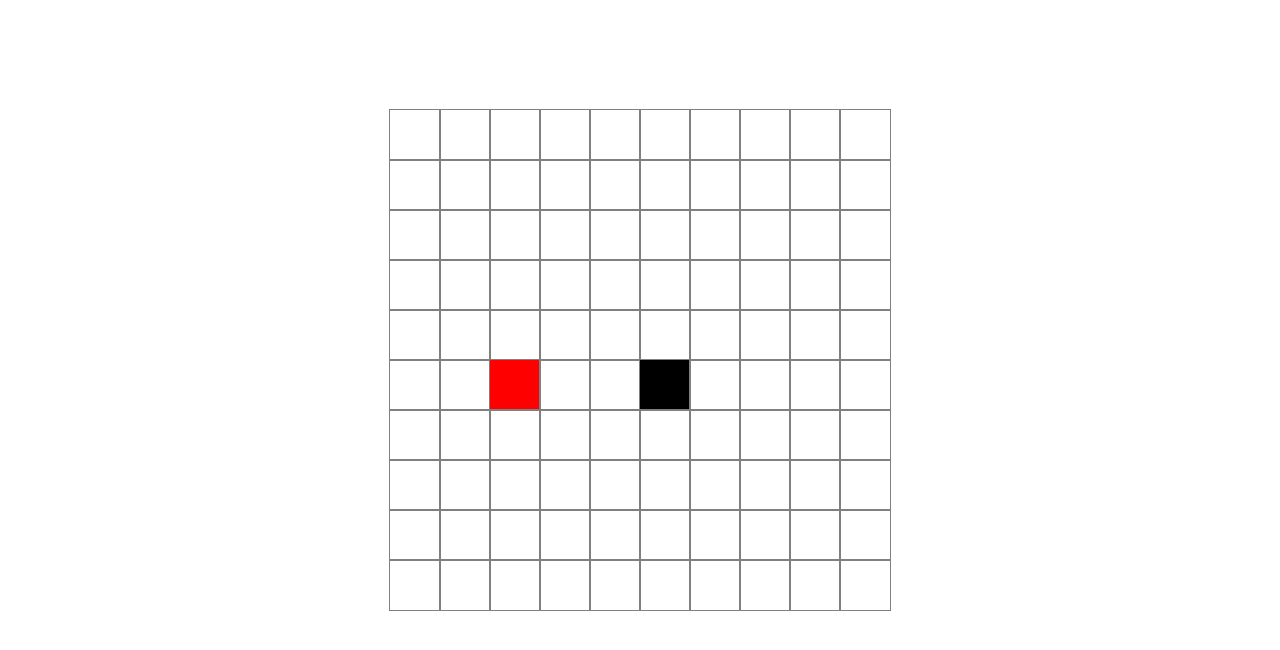
Repository: meills/react-snake
Page: /
The author's editor kept a copy of each file at every save. The page is drawn from the files as they stood at one save, then again after a run of saves.
The browser window is 1280 px wide. The pictures show the whole page.
The project was rebuilt for these pictures with package versions that can differ from the ones it lists, and the page was loaded fresh each time. Also part of the build but not shown: src/styles/App.css.

Above is the page before, as saved 2020-06-10 23:36:53.

### src/App.js
import React from 'react';
import Grid from './components/Grid.js';
import './styles/App.css';
import './styles/snakeboard.css';


function App() {
  return (<div className="snake-container">
            <Grid />
          </div>);
}

export default App;

### src/components/Grid.js
import React from 'react';

const GRID_SIZE = 10;
const TICK_TIME = 500;

class Grid extends React.Component {
    state = {
        rows: GRID_SIZE,
        cols: GRID_SIZE,
        grid: [],
        food: {},
        snake: {
            head: {},
        },
        currDir: 'right',
        tickTime: TICK_TIME,
    }


    resetGrid() {
        const grid = [];
        const snake = {head: {}};
        const food = this.getFood();

        snake.head = this.getGridCenter();
        this.state.snake.head = snake.head;

        //this.setState = {snake: { head: this.getGridCenter(), }};

        for (let row = 0; row < this.state.rows; row++) {
          for (let col = 0; col < this.state.cols; col++) {
            const isFood = row === food.row && col === food.col;
            const isHead = row === snake.head.row && col === snake.head.col
            grid.push({ row, col, isFood, isHead});
          }
        }
        this.setState({grid: grid});
    }

    getFood() {

        return {
            row: Math.floor(Math.random() * GRID_SIZE),
            col: Math.floor(Math.random() * GRID_SIZE),
        };
    }

    getGridCenter() {
        return ({
            row: Math.floor(GRID_SIZE/2),
            col: Math.floor(GRID_SIZE/2),
        });
    }

    gameTick() {
        let {currDir} = this.state;
        let {row, col} = this.state.snake.head

        console.log(this.state.snake.head.col);

        switch (currDir) {
            case 'left':
                this.setState({col: col--});
                break;

            case 'right':
                this.setState({snake: {head: {row: row, col: ++col,}}});
                break;

            case 'up':
                this.setState({row: row--});
                break;

            case 'down':
                this.setState({row: row++});
                break;

            default:
                break;
        }

        //console.log(this.state.grid);
    }

   componentDidMount() {
        this.resetGrid();

       //console.log(this.state.grid);
        window.fnInterval = setInterval(() => {
            this.gameTick();
        }, this.state.tickTime);

    }

    render() {
        const gridItems = this.state.grid.map((grid) => {
            return <div key={grid.row.toString() + "," + grid.col.toString()}
                        className={ (grid.isFood ? "grid-item is-food" : "grid-item")
                                  + (grid.isHead ? " snake-head" : "") }>
                    </div>;
        });

    return (<div className='grid'> {gridItems} </div>);
    }
}

export default Grid;

### src/styles/snakeboard.css
.snake-container {
    width: 100vw;
    height: 100vh;
    display: flex;
    align-items: center;
    justify-content: center;
}

.grid {
    width: 500px;
    height: 500px;
    margin: auto;
    display: flex;
    flex-direction: row;
    flex-wrap: wrap;
}

.grid-item {
    outline: 1px solid grey;
    width: 50px;
    height: 50px;
}

.is-food {
    background-color: red;
}


.snake-head {
    background-color: black;
}

Loaded but not shown: public/index.html (common file); src/index.js (common file); src/styles/index.css (common file); src/serviceWorker.js (common file)

After the next 5 saves:
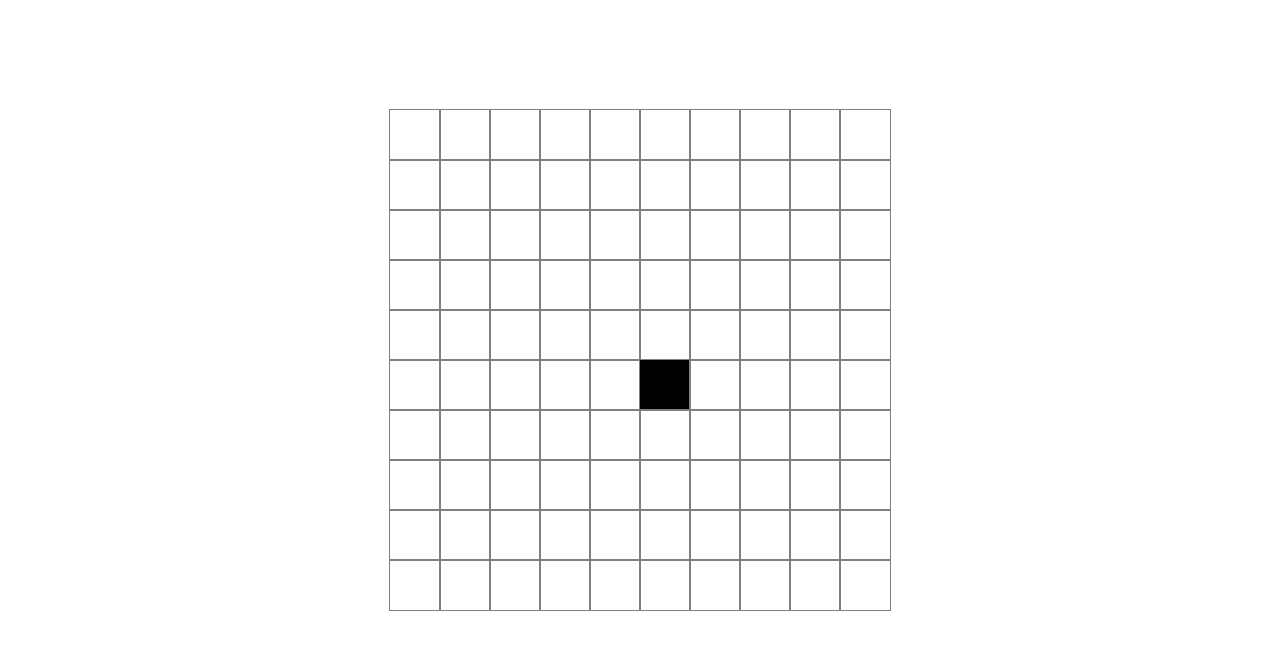
The 5 saves are shown as one change because 3 did not build or start and some came seconds apart.
The last was saved 2 min 47 s later.
--- a/src/components/Grid.js
+++ b/src/components/Grid.js
@@ -20,7 +20,6 @@ class Grid extends React.Component {
     resetGrid() {
         const grid = [];
         const snake = {head: {}};
-        const food = this.getFood();
 
         snake.head = this.getGridCenter();
         this.state.snake.head = snake.head;
@@ -29,7 +28,7 @@ class Grid extends React.Component {
 
         for (let row = 0; row < this.state.rows; row++) {
           for (let col = 0; col < this.state.cols; col++) {
-            const isFood = row === food.row && col === food.col;
+            const isFood = row === this.state.food.row && col === this.state.food.col;
             const isHead = row === snake.head.row && col === snake.head.col
             grid.push({ row, col, isFood, isHead});
           }
@@ -38,7 +37,6 @@ class Grid extends React.Component {
     }
 
     getFood() {
-
         return {
             row: Math.floor(Math.random() * GRID_SIZE),
             col: Math.floor(Math.random() * GRID_SIZE),
@@ -83,6 +81,9 @@ class Grid extends React.Component {
     }
 
    componentDidMount() {
+        const food = this.getFood();
+
+        this.setState({food: food});
         this.resetGrid();
 
        //console.log(this.state.grid);
